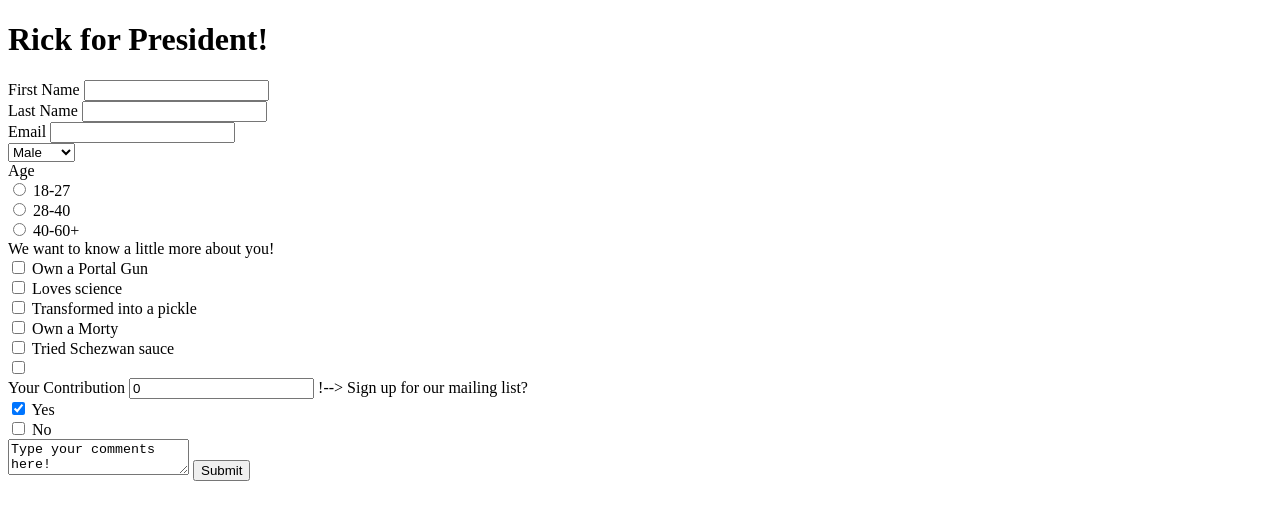
Repository: sunkim96/cosw30
Page: homework/homework2/contact.html
The author's editor kept a record of every edit. The page is drawn from the files as they stood at one moment, then again after the next edit.
The browser window is 1280 px wide. The pictures show the whole page.

Above is the page before.

### homework/homework2/contact.html
<!doctype html>
<html>
    <head>
        <meta charset="utf-8">
        <title>Political Campaign</title>
    </head>
    <body>
        <h1>Rick for President!</h1>


        <form action="process_contact.php" method="POST">
            <!-- first and last name, email !-->
            <label for="first_name">First Name</label>
            <input type="text" id="first_name" name="first_name" required><br>

            <label for="last_name">Last Name</label>
            <input type="text" id="last_name" name="last_name" required><br>

            <label for="email">Email</label>
            <input type="email" id="email" name="email" required><br>


            <!-- gender as a dropdown !-->
            <select name="gender" required>
                <option value ="male">Male</option>
                <option value ="female">Female</option>
                <option value ="other"></option>Other</option>
                <option value ="none"></option>Prefer Not to Say</option>
            </select><br>

            <!-- age with radio !-->
            <label for="age" requried>Age</label><br>
                <input type="radio" name="age" value="18-27"> 18-27<br>
                <input type="radio" name="age" value="28-40"> 28-40<br>
                <input type="radio" name="age" value="40-60"> 40-60+<br>

            <!-- interesting things, checkboxes for these options !-->
            <label for="interests">We want to know a little more about you!</label><br>
                <input type="checkbox" name="portalgun" value="portalgun"> Own a Portal Gun<br>
                <input type="checkbox" name="science" value="science"> Loves science <br>
                <input type="checkbox" name="pickles" value="pickles"> Transformed into a pickle<br>
                <input type="checkbox" name="morty" value="morty"> Own a Morty<br>
                <input type="checkbox" name="schezwan" value="schezwan"> Tried Schezwan sauce<br>
                <input type="checkbox" name="" value=""> <br>

              <label for="contribution">Your Contribution</label>

              <input type="number" id="cont" name="a" value="0">
              !-->

              <!-- mailing list yes or no !-->
             <label for="yesno">Sign up for our mailing list?</label><br>
              <input type="checkbox" name="yes" value="yes" checked> Yes<br>
              <input type="checkbox" name="no" value="no"> No<br>

            <textarea name="comments" id="comments">Type your comments here!</textarea>
            <button>Submit</button>
        </form>



    </body>





</html>

After the next edit:
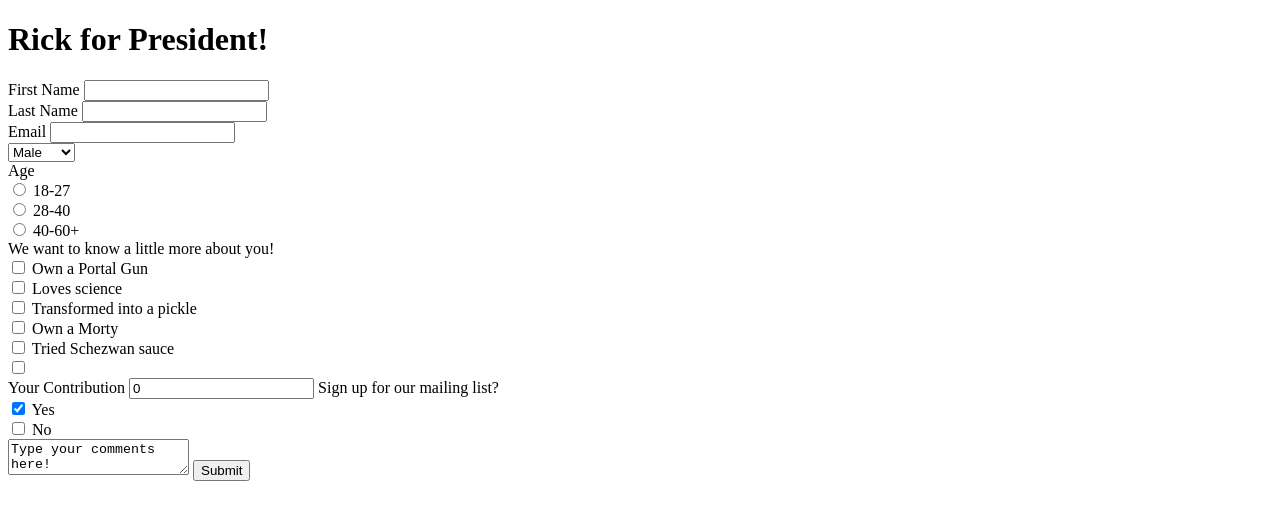
The edit:
--- a/homework/homework2/contact.html
+++ b/homework/homework2/contact.html
@@ -46,7 +46,7 @@
               <label for="contribution">Your Contribution</label>
 
               <input type="number" id="cont" name="a" value="0">
-              !-->
+
 
               <!-- mailing list yes or no !-->
              <label for="yesno">Sign up for our mailing list?</label><br>
